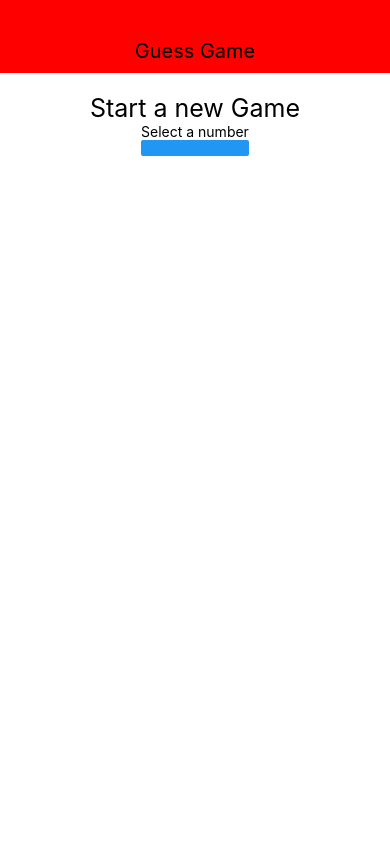
Repository: Celebration-cloud/Guess-number
Screen: /
The author's editor kept a copy of each file at every save. The screen is drawn from the files as they stood at one save, then again after a run of saves.
The app was drawn by React Native's web renderer in a window 390 px wide. The project was rebuilt for these pictures with package versions that can differ from the ones it lists, and the page was loaded fresh each time.

Above is the screen before, as saved 2024-06-10 13:47:36.

### App.js
import { StatusBar } from "expo-status-bar";
import { StyleSheet, Text, View } from "react-native";
import Heading from "./components/header/Heading";
import StartScreen from "./components/srceen/StartScreen";

export default function App() {
  return (
    <View style={styles.container}>
      <Heading/>
      <StartScreen/>
      <StatusBar style="auto" />
    </View>
  );
}

const styles = StyleSheet.create({
  container: {
    flex: 1,
    alignItems: "center",
    gap: 20
  },
});

### components/header/Heading.jsx
import React from "react";
import { Text, StyleSheet, View } from "react-native";

export default function Heading() {
  return (
    <View style={styles.header}>
      <Text style={styles.title}> Guess Game </Text>
    </View>
  );
}

const styles = StyleSheet.create({
    header: {
        backgroundColor: "red",
        color: "white",
        width: "100%",
        paddingTop: "10%",
        padding: 10,
        alignItems: "center",
    },
    title: {
      fontSize: 20
    }
});

### components/srceen/StartScreen.jsx
import React, { Component } from 'react'
import { Text, StyleSheet, View, Button } from 'react-native'

export default function StartScreen() {
    return (
      <View style={styles.startScreen}>
        <Text style={styles.start}> Start a new Game </Text>
        <View>
            <Text>Select a number</Text>
            <View>
                <Button title=''/>
            </View>
        </View>
      </View>
    )
}

const styles = StyleSheet.create({
    startScreen:{
        fontSize: 20,
        alignItems: "center"

    },
    start: {
        fontSize: 25
    }
})

After the next 2 saves:
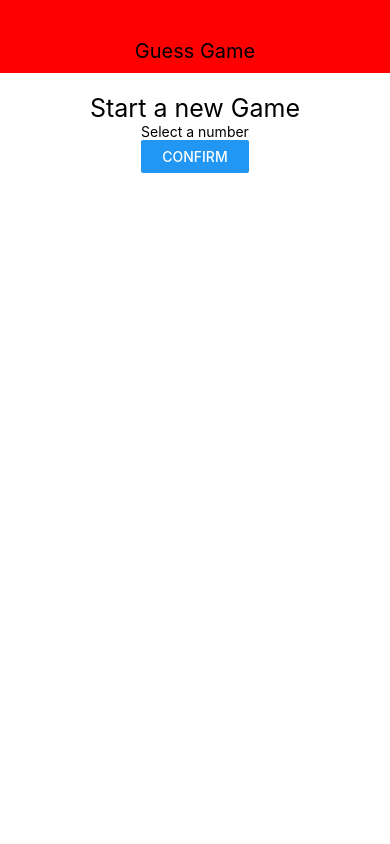
The 2 saves are shown as one change because they came seconds apart.
The last was saved 6 s later.
--- a/components/srceen/StartScreen.jsx
+++ b/components/srceen/StartScreen.jsx
@@ -8,7 +8,7 @@ export default function StartScreen() {
         <View>
             <Text>Select a number</Text>
             <View>
-                <Button title=''/>
+                <Button title='Confirm'/>
             </View>
         </View>
       </View>
